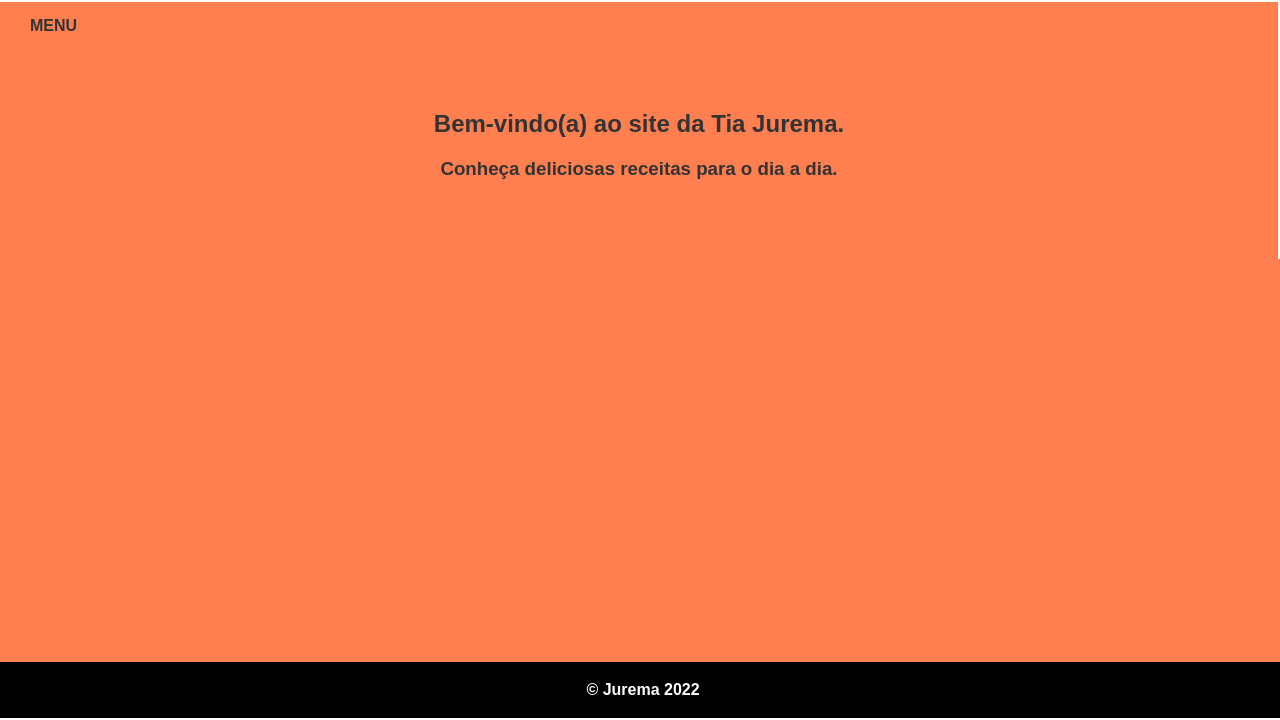
Repository: devropaes/RECEITAS
Page: OneDrive/Área de Trabalho/Estudos/Estácio/receitas/menu.html
The author's editor kept a copy of each file at every save. The page is drawn from the files as they stood at one save, then again after the next save.
The browser window is 1280 px wide. The pictures show the whole page.

Above is the page before, as saved 2024-03-09 16:17:09.

After the next save:
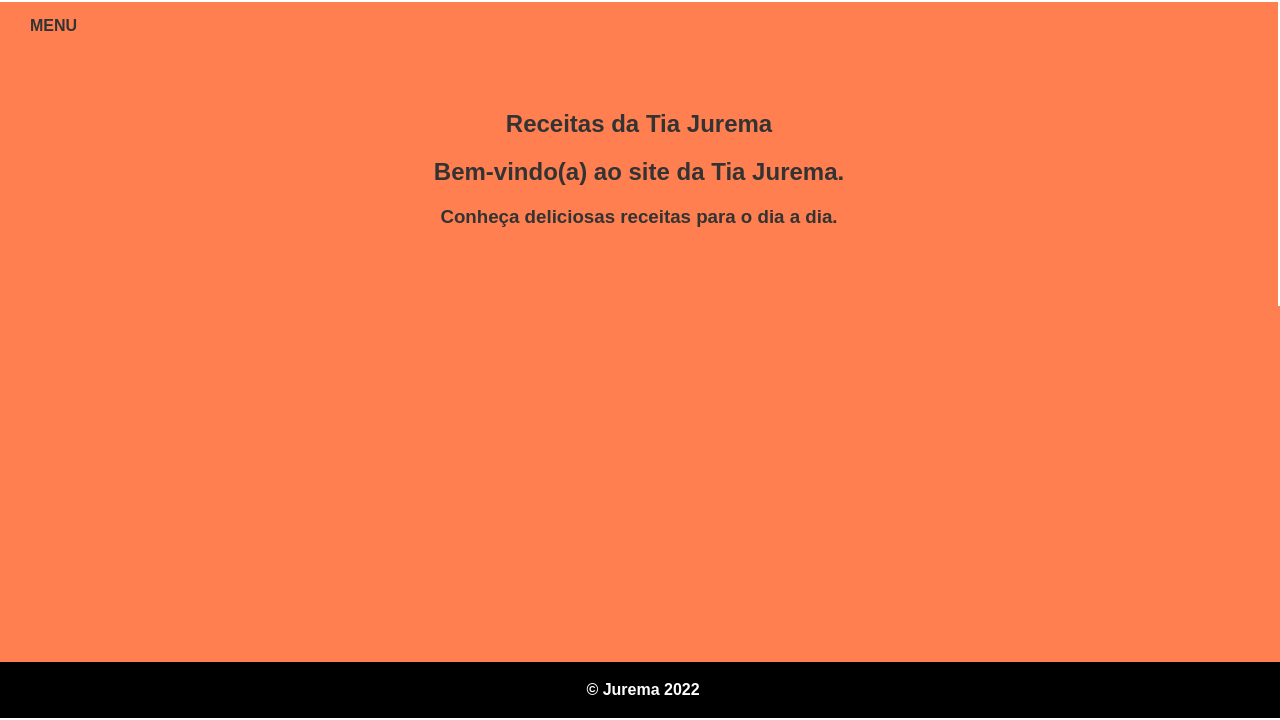
Saved 59 s later.
--- a/OneDrive/Área de Trabalho/Estudos/Estácio/receitas/menu.html
+++ b/OneDrive/Área de Trabalho/Estudos/Estácio/receitas/menu.html
@@ -18,7 +18,7 @@
       <main class="apresentacao">
         <section class="apresentacao__conteudo">
             <h1 class="apresentacao__conteudo__titulo">
-               <strong Receitas da Tia Jurema ></strong> </h1>
+               Receitas da Tia Jurema  </h1>
             <h2>Bem-vindo(a) ao site da Tia Jurema.</h2>
             <h3>Conheça deliciosas receitas para o dia a dia.</h3>
         </main>
